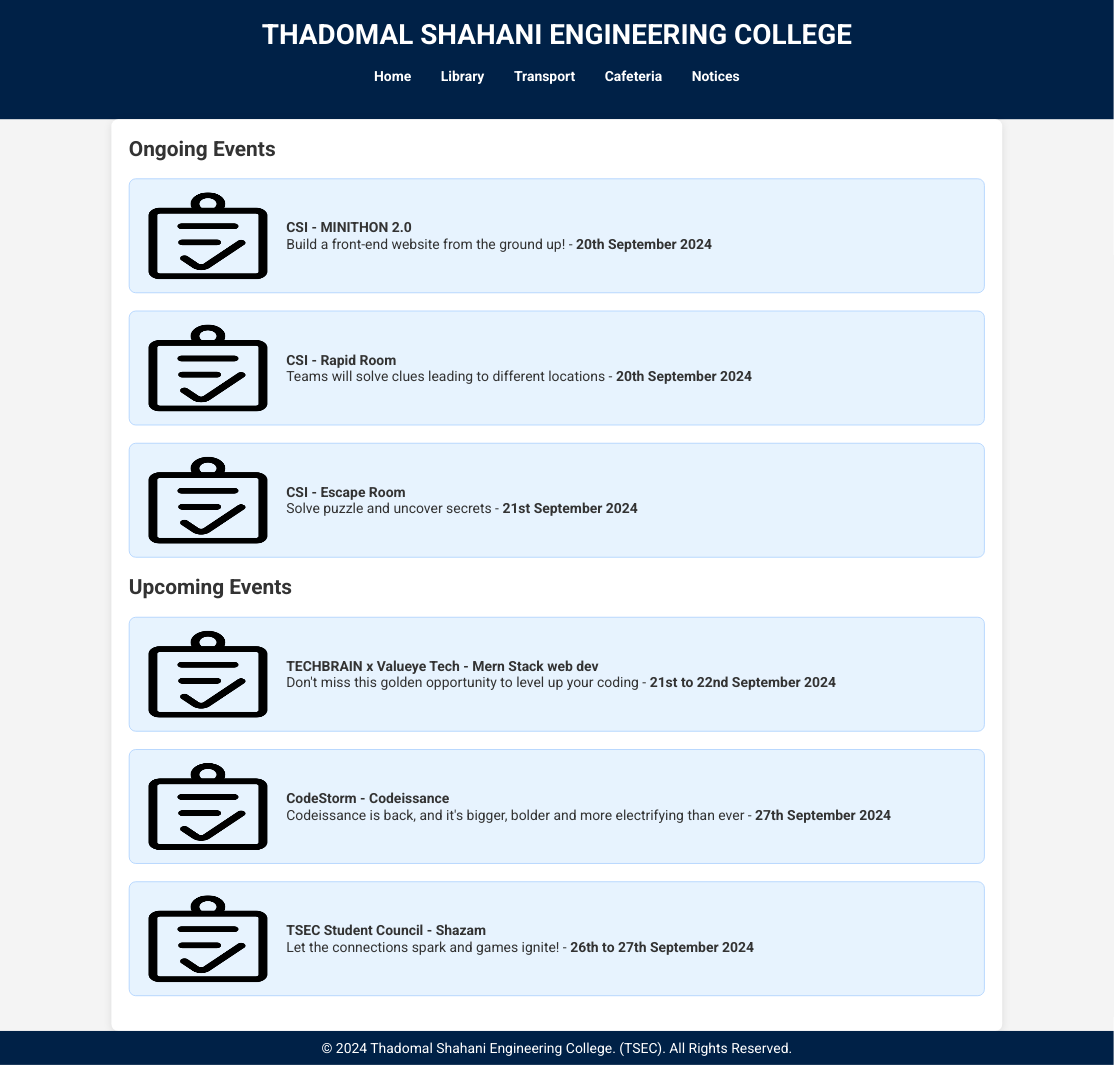
Repository: TejasS1233/MINITHON-hackathon-project
Page: Event.html
The author's editor kept a copy of each file at every save. The page is drawn from the files as they stood at one save, then again after the next save.
The browser window is 1280 px wide. The pictures show the whole page, at 87% of full size.

Above is the page before, as saved 2024-09-20 10:52:48.

After the next save:
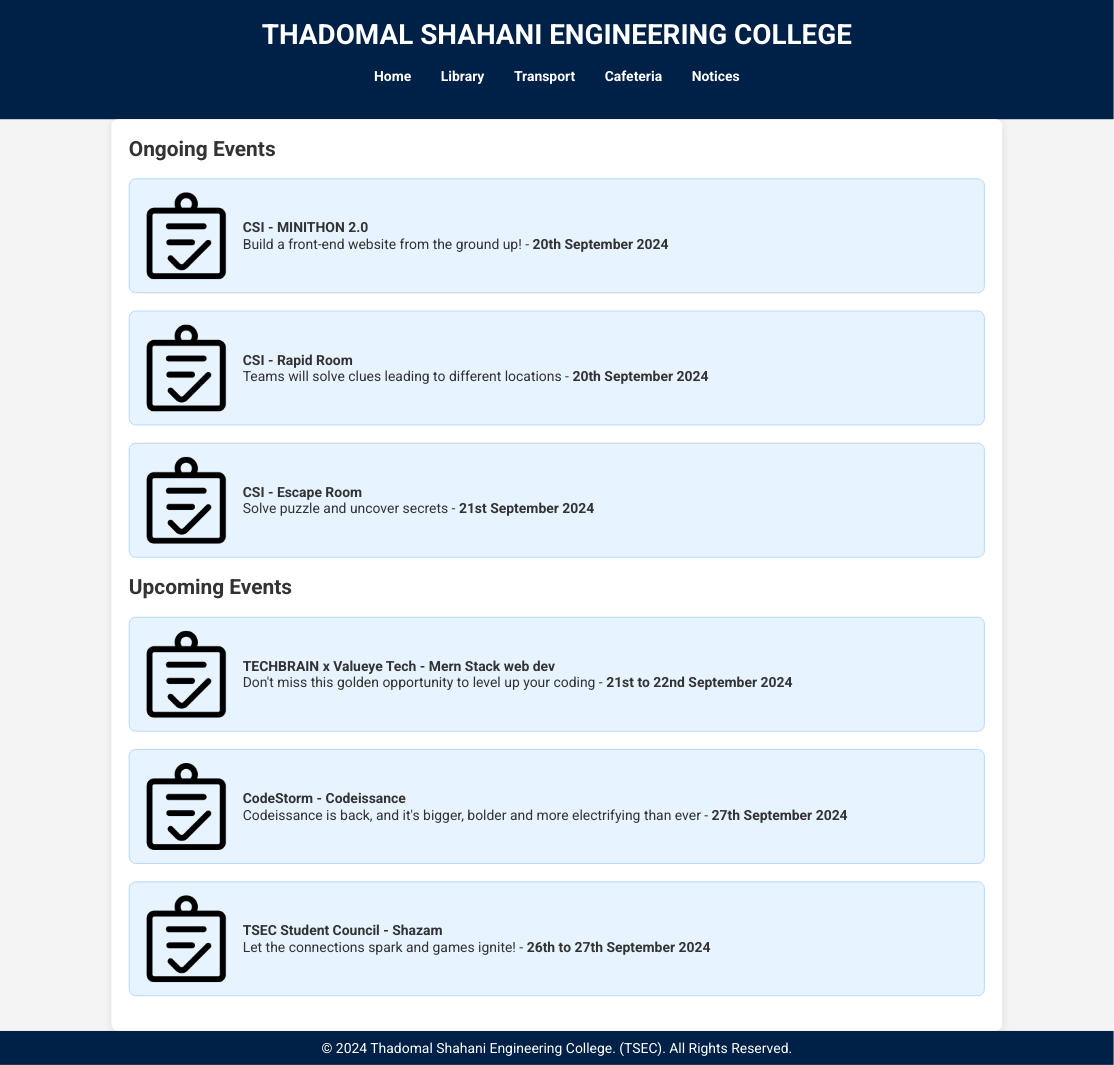
Saved 22 s later.
--- a/Event.html
+++ b/Event.html
@@ -70,6 +70,12 @@
             position: relative;
             bottom: 0;
             width: 100%;
+        }
+        .event-card img {
+            width: 100px; /* Set to desired square size */
+            height: 100px; /* Set to same value as width for a square */
+            border-radius: 8px; /* Optional: for rounded corners */
+            margin-right: 15px;
         }
     </style>
 </head>
